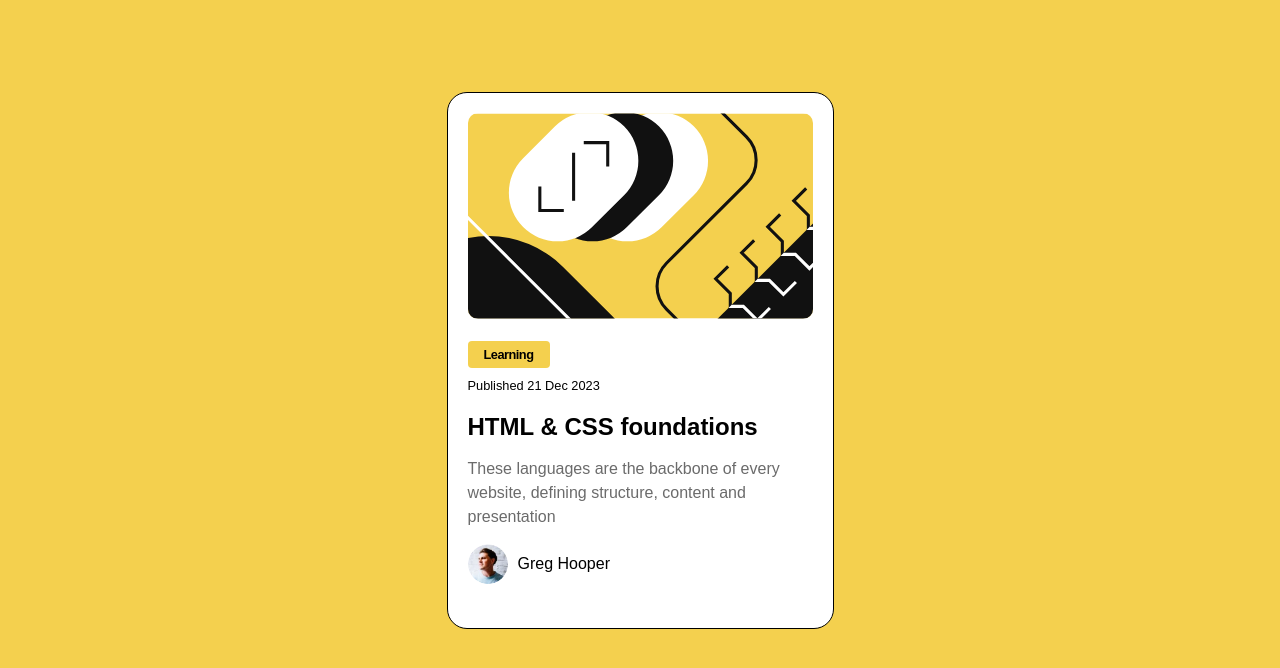
Repository: brandontaylor1/blogpreviewcard
Page: index.html
The author's editor kept a copy of each file at every save. The page is drawn from the files as they stood at one save, then again after a run of saves.
The browser window is 1280 px wide. The pictures show the whole page.
The pointer rests on the first visible `.card-content-text h2`.

Above is the page before, as saved 2024-12-25 11:54:31.

### index.html
<!DOCTYPE html>
<html lang="en">
<head>
    <meta charset="UTF-8">
    <meta name="viewport" content="width=device-width, initial-scale=1.0">
    <link rel="stylesheet" href="./index.css">
    <title>HTML & CSS Foundations</title>
</head>
<body>
    <main class="container">
        <div class="img-container">
            <img src="./images/illustration-article.svg" class="heading-img" alt="">
        </div>
        <div class="card-content">
            <p id="learning-tag">Learning</p>
            <div class="card-content-text">
                <p>Published 21 Dec 2023</p>
                <h2>HTML & CSS foundations</h2>
                <h3>These languages are the backbone of every website, defining structure, content and presentation</h3>
            </div>
        </div>
        <div class="user-footer">
            <img src="./images/image-avatar.webp" alt="person-image">
            <p>Greg Hooper</p>
        </div>
    </main>

    <script src="index.js"></script>
</body>
</html>

### index.css
:root {
    /* COLORS */
    --primary-yellow: hsl(47, 88%, 63%);
    --primary-white: hsl(0, 0%, 100%);
    --primary-gray-reg: hsl(0, 0%, 42%);
    --primary-gray-bold: hsl(0, 0%, 7%);

    --main-font-size: 16px;

    --main-font-family: 'Figtree', sans-serif;
    --main-font-weight-reg: 500;
    --main-font-weight-bold: 800;
}


body {
    box-sizing: border-box;
    margin: 0;
    padding: 0;
    height: 100vh;
    font-family: var(--main-font-family);
    display: flex;
    align-items: center;
    justify-content: center;
    background-color: var(--primary-yellow);
}

.container {
    width: 350px;
    height: 500px;
    margin: 0 auto;
    padding: 0 20px;
    background-color: var(--primary-white);
    width: 350px;
    padding: 20px;
    border-radius: 20px;
    border: 1px solid black;
    box-shadow: 5px 5px 0 1px rgba(0, 0, 0, 1);
    transition: all 0.3s ease;
}

.container:hover {
    box-shadow: 0 0 0 0 rgba(0, 0, 0, 0.5);
    height: 495px;
    width: 345px;
}

.heading-img {
    width: 100%;
    margin-bottom: 5px;
    border-radius: 10px;
}

.card-content {
    width: 100%;
    display: flex;
    flex-direction: column;
    align-items: left;
    justify-content: space-between;
}

#learning-tag {
    background-color: var(--primary-yellow);
    padding: 6px 1px;
    border-radius: 4px;
    font-size: .8rem;
    font-weight: var(--main-font-weight-bold);
    width: 80px;
    text-align: center;
    letter-spacing: -.5px;

}

.card-content-text {
    margin-top: -15px;
    font-size: .8rem;
}

.card-content-text h2 {
    font-size: 1.5rem;
    font-family: var(--main-font-family);
    font-weight: var(--main-font-weight-bold);
    margin-bottom: 10px;
}

.card-content-text h2:hover {
    color: var()

}

.card-content-text h3 {
    font-size: 1rem;
    line-height: 1.5;
    font-family: var(--main-font-family);
    font-weight: var(--main-font-weight-reg);
    color: var(--primary-gray-reg);
    margin-bottom: 10px;
}

.user-footer {
    display: flex;
    align-items: center;

}

.user-footer img {
    width: 40px;
    height: 40px;
    border-radius: 50%;
    margin-right: 10px;
}

Loaded but not shown: index.js (no stored copy; drawn as an empty file)

After the next 2 saves:
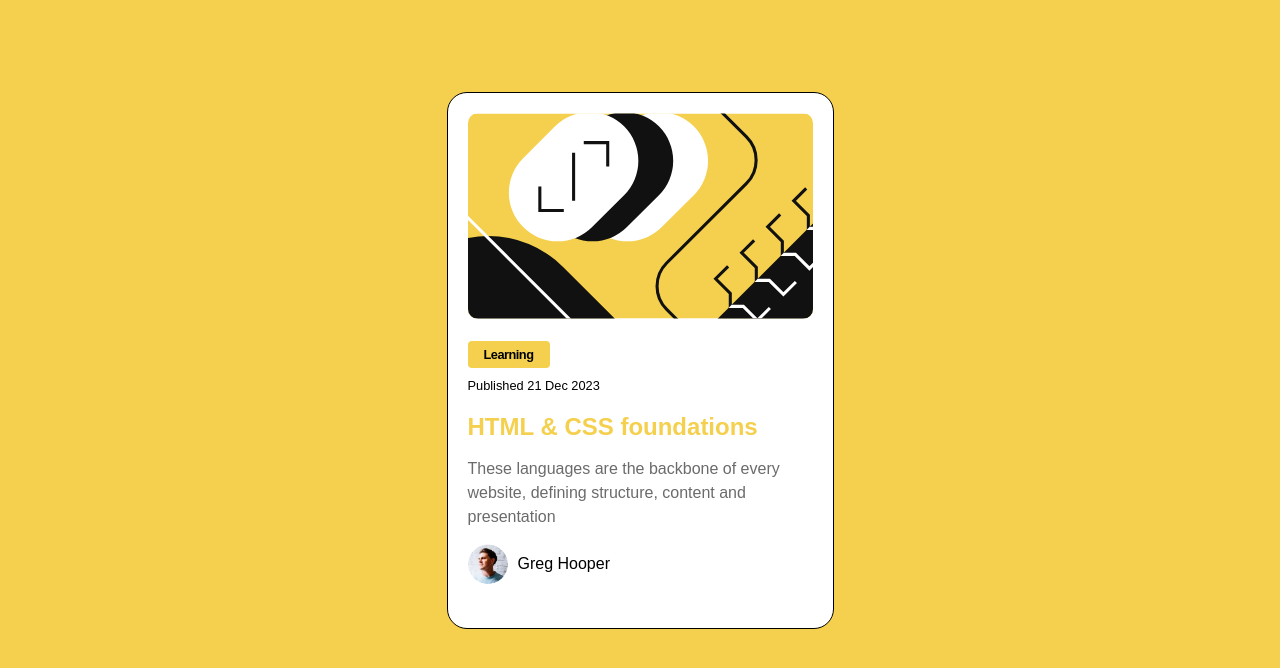
The 2 saves are shown as one change because they came seconds apart.
The last was saved 7 s later.
--- a/index.css
+++ b/index.css
@@ -84,7 +84,7 @@ body {
 }
 
 .card-content-text h2:hover {
-    color: var()
+    color: var(--primary-yellow)
 
 }
 
